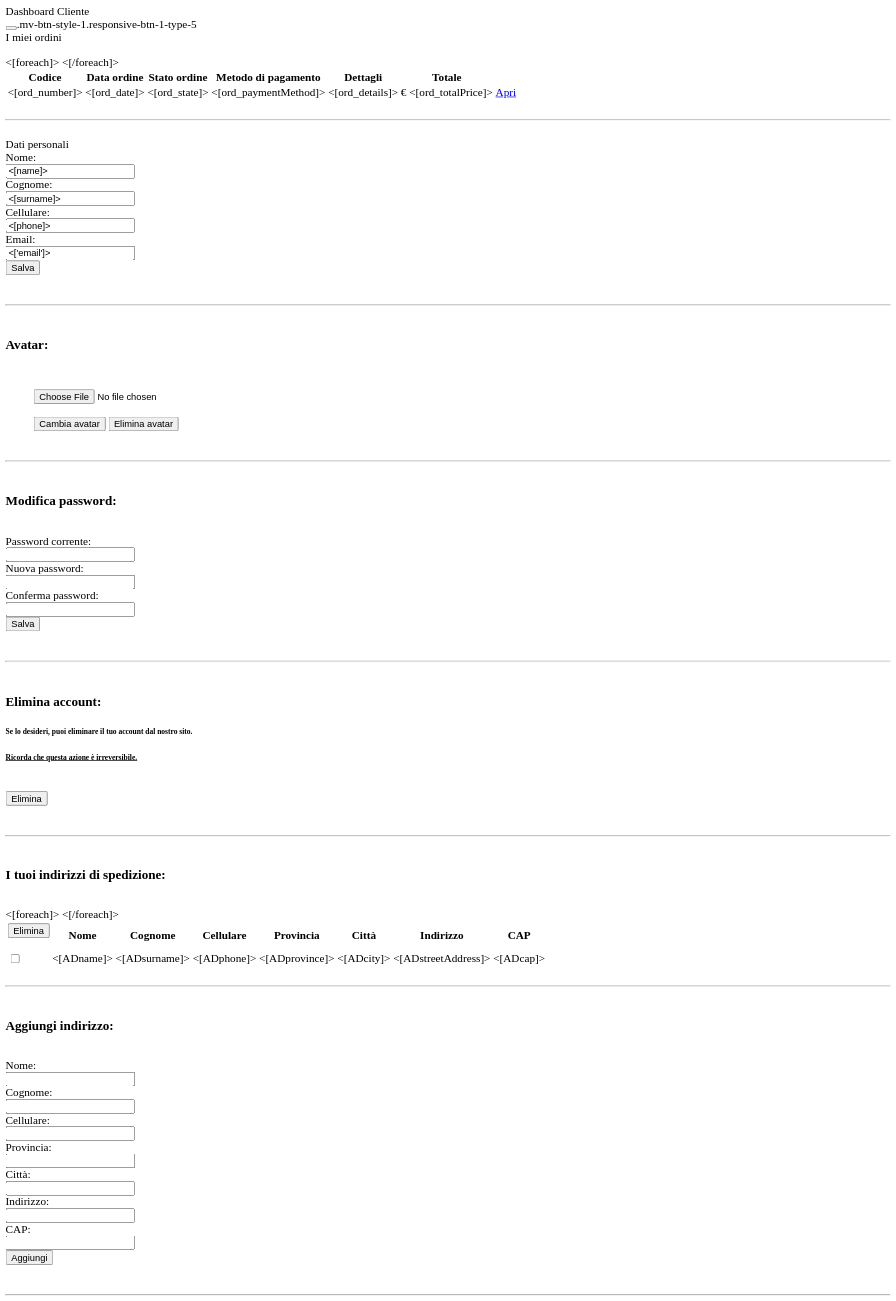
Repository: i4c0ni99/MotorShop
Page: skins/motor-html-package/motor/profile.html
These files come from the project's save history. The page is drawn as it stood at one moment and after the next save; the edit follows.
The browser window is 1280 px wide. The pictures show the whole page, at 70% of full size.

Above is the page before, as saved 2024-09-29 16:09:35.

### skins/motor-html-package/motor/profile.html
<div class="mv-site">
    <section class="main-banner mv-wrap">
        <section data-image-src="images/background/demo_bg_1920x1680.png" class="mv-banner-style-1 mv-bg-overlay-dark overlay-0-85 mv-parallax">
            <div class="page-name mv-caption-style-6">
                <div class="container">
                    <div class="mv-title-style-9"><span class="main">Dashboard Cliente</span></div>
                </div>
            </div>
        </section>
    </section>
    <!-- .main-banner -->

    <section class="mv-main-body checkout-main mv-bg-gray mv-wrap">
        <div class="container">

            <button> </button>.mv-btn-style-1.responsive-btn-1-type-5

            <div class="checkout-block block-billing-address mv-mb-50">
                <div class="mv-form-style-2 mv-box-shadow-gray-1">
                    <div class="row">
                        <div class="col-sm-12 col-billing-address">
                            <div class="form-header">
                                <div class="mv-title-style-13">
                            <div class="text-main">I miei ordini</div>
                            </div>
                            </div>
<br>
<div class="table-responsive table-desi">
    <table class="all-package coupon-table table table-striped">
        <thead>
            <tr>
                <th>Codice</th>
                <th>Data ordine</th>
                <th>Stato ordine</th>
                <th>Metodo di pagamento</th>
                <th>Dettagli</th>
                <th>Totale</th>
                <th></th>
            </tr>
        </thead>
        <tbody>
            <[foreach]>
                <tr>
                    <td><[ord_number]></td>
                    <td><[ord_date]></td>
                    <td><[ord_state]></td>
                    <td><[ord_paymentMethod]></td>
                    <td><[ord_details]></td>
                    <td>€ <[ord_totalPrice]></td>
                    <td><a href="/MotorShop/my-orders.php?id=<[ord_id]>" class="btn btn-primary">Apri</a></td>
                </tr>
            <[/foreach]>
        </tbody>
    </table>
</div>
<br>
<hr>
<br>
                            <form class="needs-validation edit-details-form" novalidate method="post" action="/MotorShop/editCustomerProfile.php">
                                <div class="form-header">
                                    <div class="mv-title-style-13">
                                        <div class="text-main">Dati personali</div>
                                    </div>
                                </div>
                                <!-- .form-header -->
                                <div class="form">
                                    <div class="form-group mb-3 row">
                                        <label for="name" class="col-xl-3 col-sm-4 mb-0">Nome:</label>
                                        <div class="col-xl-8 col-sm-7">
                                            <input type="text" id="name" name="name" minlength="2" value="<[name]>" placeholder="<[name]>" required="true">
                                        </div>
                                    </div>
                                    <div class="form-group mb-3 row">
                                        <label for="surname" class="col-xl-3 col-sm-4 mb-0">Cognome:</label>
                                        <div class="col-xl-8 col-sm-7">
                                            <input type="text" id="surname" name="surname" minlength="2" value="<[surname]>" placeholder="<[surname]>" required="true">
                                        </div>
                                    </div>
                                    <div class="form-group mb-3 row">
                                        <label for="phone" class="col-xl-3 col-sm-4 mb-0">Cellulare:</label>
                                        <div class="col-xl-8 col-sm-7">
                                            <input type="text" id="phone" name="phone" pattern="[3]{1}[0-9]{9}" minlength="10" value="<[phone]>" placeholder="<[phone]>"" required="true">
                                        </div>
                                    </div>
                                    <div class="form-group mb-3 row">
                                        <label for="email" class="col-xl-3 col-sm-4 mb-0">Email:</label>
                                        <div class="col-xl-8 col-sm-7">
                                            <input type="text" id="email" name="email" minlength="6" value="<['email']>" placeholder="<[email]>" required readonly>
                                        </div>
                                    </div>
                                    <div class="offset-xl-3 offset-sm-4 mt-4">
                                        <input type="submit" value="Salva" name="edit-details-button" class="btn btn-primary">
                                    </div>
                                </div>
                                <!-- .form-body -->
                            </form>
                            <br>
                            <hr>
                            <br>
                            <h3><b>Avatar:</b></h3>
                            <br>
                            <form class="needs-validation add-avatar-form" novalidate method="post" action="/MotorShop/editCustomerProfile.php" enctype="multipart/form-data">
                                <div class="row product-adding">
                                    <div class="add-product">
                                        <div class="row">
                                            <div class="col-xl-3 xl-50 col-sm-6 col-3">
                                                <ul class="file-upload-product">
                                                    <div class="box-input-file">
                                                        <input class="upload" type="file" name="avatar">
                                                        <i class="fa fa-plus"></i>
                                                    </div>
                                                    <br>
                                                    <input type="submit" value="Cambia avatar" name="edit-avatar-button" class="btn btn-primary">
                                                    <input type="submit" value="Elimina avatar" name="delete-avatar-button" class="btn btn-primary">
                                                </ul>
                                            </div>
                                        </div>
                                    </div>
                                </div>
                            </form>
                            <br>
                            <hr>
                            <br>
                            <h3><b>Modifica password:</b></h3>
                            <br>
                            <form class="needs-validation add-product-form" novalidate method="post" action="/MotorShop/editCustomerProfile.php">
                                <div class="form">
                                    <div class="form-group mb-3 row">
                                        <label for="currentpassword" class="col-xl-3 col-sm-4 mb-0">Password corrente:</label>
                                        <div class="col-xl-8 col-sm-7">
                                            <input class="form-control" id="currentpassword" type="password" name="currentpassword" required>
                                        </div>
                                    </div>
                                    <div class="form-group mb-3 row">
                                        <label for="newpassword" class="col-xl-3 col-sm-4 mb-0">Nuova password:</label>
                                        <div class="col-xl-8 col-sm-7">
                                            <input type="password" id="newpassword" pattern="(?=.*\d)(?=.*[\W_]).{7,}" minlength="7" name="newpassword" required>
                                        </div>
                                    </div>
                                    <div class="form-group mb-3 row">
                                        <label for="confirmpassword" class="col-xl-3 col-sm-4 mb-0">Conferma password:</label>
                                        <div class="col-xl-8 col-sm-7">
                                            <input type="password" id="confirmpassword" pattern="(?=.*\d)(?=.*[\W_]).{7,}" minlength="7" name="confirmpassword" required>
                                        </div>
                                    </div>
                                    <div class="offset-xl-3 offset-sm-4 mt-4">
                                        <input type="submit" value="Salva" name="change-pass-button" class="btn btn-primary">
                                    </div>
                                </div>
                            </form>
                            <br>
                            <hr>
                            <br>
                            <h3><b>Elimina account:</b></h3>
                            <h6>Se lo desideri, puoi eliminare il tuo account dal nostro sito.</h6>
                            <h6><u><b>Ricorda che questa azione è irreversibile.</b></u></h6>
                            <br>
                            <form class="needs-validation add-product-form" novalidate method="post" action="/MotorShop/editCustomerProfile.php">
                                <input type="submit" value="Elimina" name="delete-account-button" class="btn btn-primary">
                            </form>
                            <br>
                            <hr>
                            <br>
                            <h3><b>I tuoi indirizzi di spedizione:</b></h3>
                            <br>
                            <div class="table-responsive table-desi">
                                <table class="all-package coupon-table table table-striped">
                                    <thead>
                                        <tr>
                                            <th>
                                                <form class="needs-validation delete-address-form" novalidate method="post" action="/MotorShop/editCustomerProfile.php">
                                                    <input type="submit" class="btn btn-primary add-row delete_all" name="delete-address-button" value="Elimina">
                                                </form>
                                            </th>
                                            <th>Nome</th>
                                            <th>Cognome</th>
                                            <th>Cellulare</th>
                                            <th>Provincia</th>
                                            <th>Città</th>
                                            <th>Indirizzo</th>
                                            <th>CAP</th>
                                        </tr>
                                    </thead>
                                    <tbody>
                                        <[foreach]>
                                            <tr data-row-id="<['id']>">
                                                <td>
                                                    <input class="checkbox_animated check-it" type="checkbox" name="check" value="<['id']>" id="flexCheckDefault" data-id="1">
                                                </td>
                                                <td><[ADname]></td>
                                                <td><[ADsurname]></td>
                                                <td><[ADphone]></td>
                                                <td><[ADprovince]></td>
                                                <td><[ADcity]></td>
                                                <td><[ADstreetAddress]></td>
                                                <td><[ADcap]></td>
                                            </tr>
                                        <[/foreach]>
                                    </tbody>
                                </table>
                            </div>
                            <br>
                            <hr>
                            <br>
                            <h3><b>Aggiungi indirizzo:</b></h3>
                            <br>
                            <form class="needs-validation add-product-form" novalidate method="post" action="/MotorShop/editCustomerProfile.php">
                                <div class="form">
                                    <div class="form-group mb-3 row">
                                        <label for="name" class="col-xl-3 col-sm-4 mb-0">Nome:</label>
                                        <div class="col-xl-8 col-sm-7">
                                            <input type="text" id="name" name="name" minlength="2" required="true">
                                        </div>
                                    </div>
                                    <div class="form-group mb-3 row">
                                        <label for="surname" class="col-xl-3 col-sm-4 mb-0">Cognome:</label>
                                        <div class="col-xl-8 col-sm-7">
                                            <input type="text" id="surname" name="surname" minlength="2" required="true">
                                        </div>
                                    </div>
                                    <div class="form-group mb-3 row">
                                        <label for="phone" class="col-xl-3 col-sm-4 mb-0">Cellulare:</label>
                                        <div class="col-xl-8 col-sm-7">
                                            <input type="text" id="phone" name="phone" pattern="[3]{1}[0-9]{9}" minlength="10" required="true">
                                        </div>
                                    </div>
                                    <div class="form-group mb-3 row">
                                        <label for="province" class="col-xl-3 col-sm-4 mb-0">Provincia:</label>
                                        <div class="col-xl-8 col-sm-7">
                                            <input type="text" id="province" name="province" minlength="2" required="true">
                                        </div>
                                    </div>
                                    <div class="form-group mb-3 row">
                                        <label for="city" class="col-xl-3 col-sm-4 mb-0">Città:</label>
                                        <div class="col-xl-8 col-sm-7">
                                            <input type="text" id="city" name="city" required="true" minlength="2">
                                        </div>
                                    </div>
                                    <div class="form-group mb-3 row">
                                        <label for="streetAddress" class="col-xl-3 col-sm-4 mb-0">Indirizzo:</label>
                                        <div class="col-xl-8 col-sm-7">
                                            <input type="text" id="streetAddress" name="streetAddress" minlength="3" required="true">
                                        </div>
                                    </div>
                                    <div class="form-group mb-3 row">
                                        <label for="cap" class="col-xl-3 col-sm-4 mb-0">CAP:</label>
                                        <div class="col-xl-8 col-sm-7">
                                            <input type="text" id="cap" name="cap" pattern="[0-9]{5}" required="true">
                                        </div>
                                    </div>
                                    <div class="offset-xl-3 offset-sm-4 mt-4">
                                        <input type="submit" value="Aggiungi" name="add-address-button" class="btn btn-primary">
                                    </div>
                                </div>
                                <!-- .form-body -->
                            </form>
                            <br>
                            <hr>
                        </div>
                    </div>
                </div>
            </div>
        </div>
    </section>
    <!-- .checkout-main -->
</div>
<!-- .mv-site -->

After the next save:
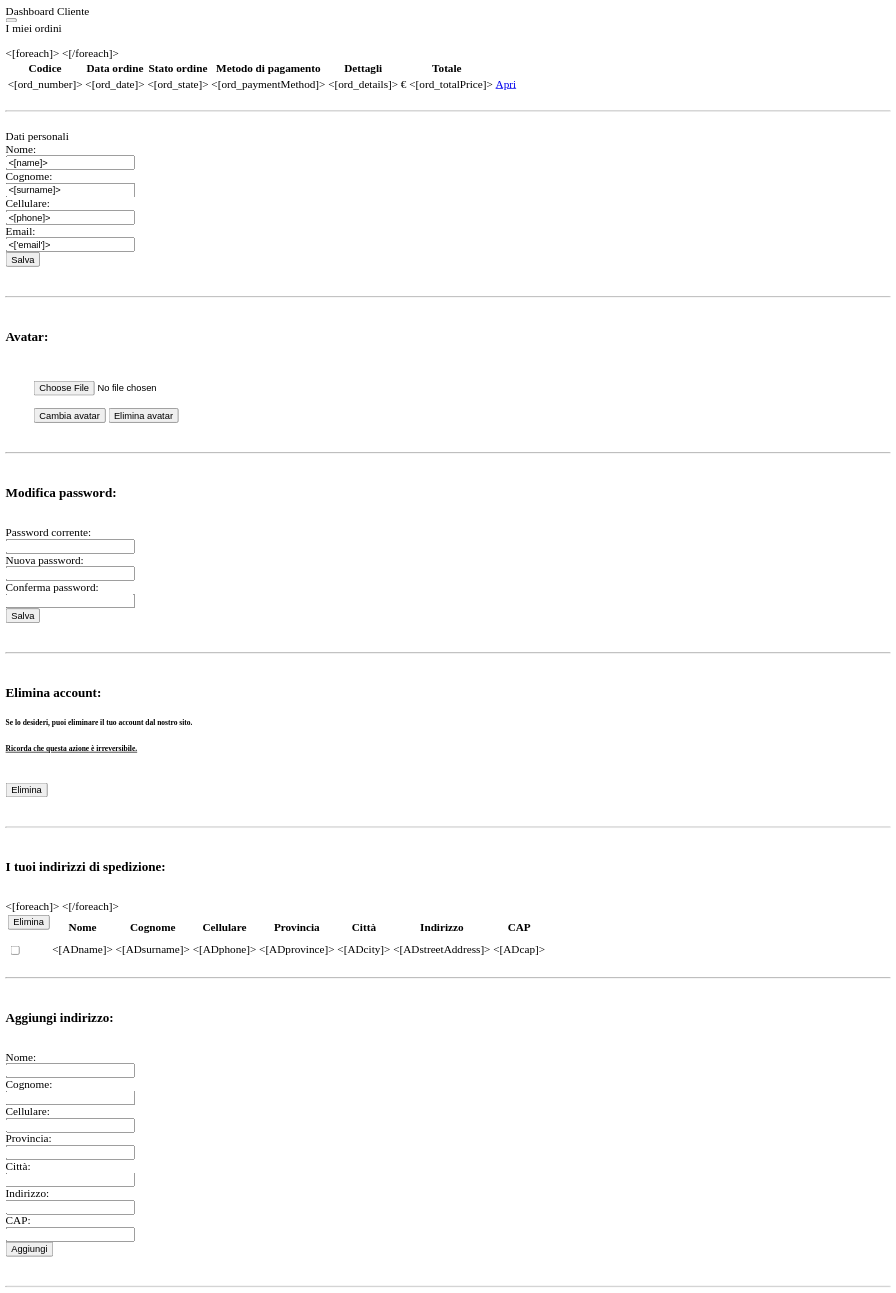
Saved 4 s later.
--- a/skins/motor-html-package/motor/profile.html
+++ b/skins/motor-html-package/motor/profile.html
@@ -13,7 +13,7 @@
     <section class="mv-main-body checkout-main mv-bg-gray mv-wrap">
         <div class="container">
 
-            <button> </button>.mv-btn-style-1.responsive-btn-1-type-5
+            <button> </button>
 
             <div class="checkout-block block-billing-address mv-mb-50">
                 <div class="mv-form-style-2 mv-box-shadow-gray-1">
